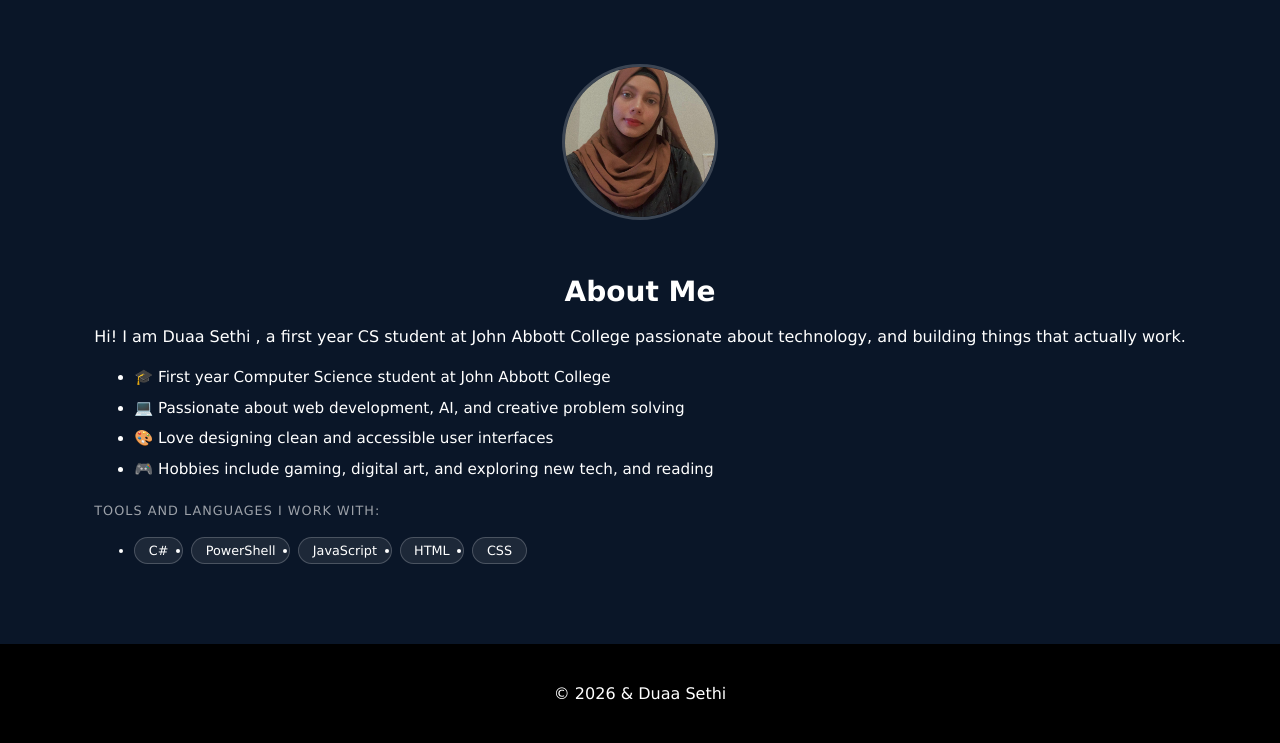
Repository: Duaa-Sethi/Duaa-Sethi
Page: index.html
These files come from the project's save history. The page is drawn as it stood at one moment and after the next save; the edit follows.
The browser window is 1280 px wide. The pictures show the part of the page from y = 867 to 1610 px (the page is 1610 px tall).
Some web fonts or font styles are not loaded; a fallback is used.

Above is the page before, as saved 2026-05-02 15:01:42.

### index.html
<!doctype html>
<html lang="en">
  <head>
    <meta charset="UTF-8" />
    <meta name="viewport" content="width=device-width, initial-scale=1.0" />
    <title>Dua Portfolio</title>
    <link rel="stylesheet" href="./styles/index.css" />
    <link rel="stylesheet" href="./styles/globals.css" />
  </head>
  <body>
    <!-- NAV -->
    <nav>
      <ul>
        <li><a href="#about">About</a></li>
        <li><a href="#projects">Projects</a></li>
        <li><a href="#contact">Contact</a></li>
      </ul>
    </nav>

    <!-- HERO -->
    <section class="hero">
      <article>
        <h1>Duaa Sethi Portfolio</h1>
        <p>Developer · Designer · Creator</p>
        <a href="#projects">View Projects</a>
      </article>
    </section>

    <!-- ABOUT -->
    <section class="about" id="about">
      <img src="./assets/images/Dua Sethi.jpeg" alt="Photo of Duaa Sethi" />
      <div class="about-text">
        <h2>About Me</h2>
        <p>
          Hi! I am Duaa Sethi , a first year CS student at John Abbott College
          passionate about technology, and building things that actually work.
        </p>

        <ul class="about-list">
          <li>🎓 First year Computer Science student at John Abbott College</li>
          <li>
            💻 Passionate about web development, AI, and creative problem
            solving
          </li>
          <li>🎨 Love designing clean and accessible user interfaces</li>
          <li>
            🎮 Hobbies include gaming, digital art, and exploring new tech, and
            reading
          </li>
        </ul>

        <p class="tools-label">Tools and languages I work with:</p>
        <ul class="tools-list">
          <li>C#</li>
          <li>PowerShell</li>
          <li>JavaScript</li>
          <li>HTML</li>
          <li>CSS</li>
        </ul>
      </div>
    </section>

    <footer>
      <p>© 2026 & Duaa Sethi</p>
    </footer>
  </body>
</html>

### styles/index.css
body {
  background-color: #0a1628;
}

/* NAV */
nav {
  position: sticky;
  top: 0;
  background-color: black;
  padding: 0 1.5rem;
}

nav ul {
  display: flex;
  justify-content: flex-end;
  gap: 1.5rem;
  padding: 1rem 0;
}

nav ul li a {
  font-size: 0.9rem;
}

.hero {
  display: flex;
  align-items: center;
  justify-content: center;
  text-align: center;
  min-height: 100vh;
  padding: 2rem 1.5rem;

  /* dont memorize, copy paste background defs */
  background-image: url(../assets/images/starry\ sky\ animated\ gif\ -\ Google\ Search.gif);
  background-size: cover;
  background-position: center;
  background-repeat: no-repeat;
}

.hero h1 {
  font-size: 2rem;
  margin-bottom: 0.75rem;
}

.hero p {
  font-size: 1rem;
  opacity: 0.75;
  margin: 0 0 1.5rem 0;
}

.hero a {
  border: 2px solid white;
  padding: 0.5rem 1.25rem;
  border-radius: 20px;
  font-size: 0.9rem;
}

.hero a:hover {
  background-color: white;
  color: #0a1628;
  text-decoration: none;
}

/* ABOUT */
.about {
  display: flex;
  flex-direction: column;
  align-items: center;
  gap: 2rem;
  padding: 4rem 1.5rem;
  text-align: center;
}

.about img {
  width: 150px;
  height: 150px;
  border-radius: 50%;
  object-fit: cover;
  border: 3px solid rgba(255, 255, 255, 0.2);
}

.about h2 {
  font-size: 1.75rem;
  margin-bottom: 1rem;
}

.about p {
  margin: 0 0 0.5rem 0;
  line-height: 1.6;
}

.about-list {
  display: flex;
  flex-direction: column;
  gap: 0.5rem;
  text-align: left;
  margin-bottom: 1.25rem;
}

.about-list li {
  font-size: 0.95rem;
  line-height: 1.5;
}

.tools-label {
  font-size: 0.8rem;
  opacity: 0.6;
  text-transform: uppercase;
  letter-spacing: 0.08em;
  text-align: left;
  margin-bottom: 0.5rem;
}

.tools-list {
  display: flex;
  flex-wrap: wrap;
  gap: 0.5rem;
  text-align: left;
}

.tools-list li {
  background-color: rgba(255, 255, 255, 0.08);
  border: 1px solid rgba(255, 255, 255, 0.2);
  border-radius: 20px;
  padding: 0.3rem 0.85rem;
  font-size: 0.8rem;
}
footer {
  text-align: center;
  padding: 1.5rem;
  background-color: black;
}

@media only screen and (min-width: 600px) {
  h1 {
    font-size: 4rem;
  }
}

@media only screen and (min-width: 992px) {
  h1 {
    font-size: 5rem;
  }
}

### styles/globals.css
/* FONT DEFS */
@font-face {
  font-family: "main font";
  src: url(../assets/fonts/NewsCycle-Regular.ttf);
}

/* CROSS PAGE STYLES */
body {
  color: white;
  margin: 0;
  font-family: "main font", Verdana, sans-serif;
}

h1 {
  font-weight: bold;
  text-transform: uppercase;
  font-size: 1.5rem;
}

a {
  text-decoration: none;
  color: white;
  font-size: 0.75rem;
}

a:hover {
  text-decoration: underline;
}

After the next save:
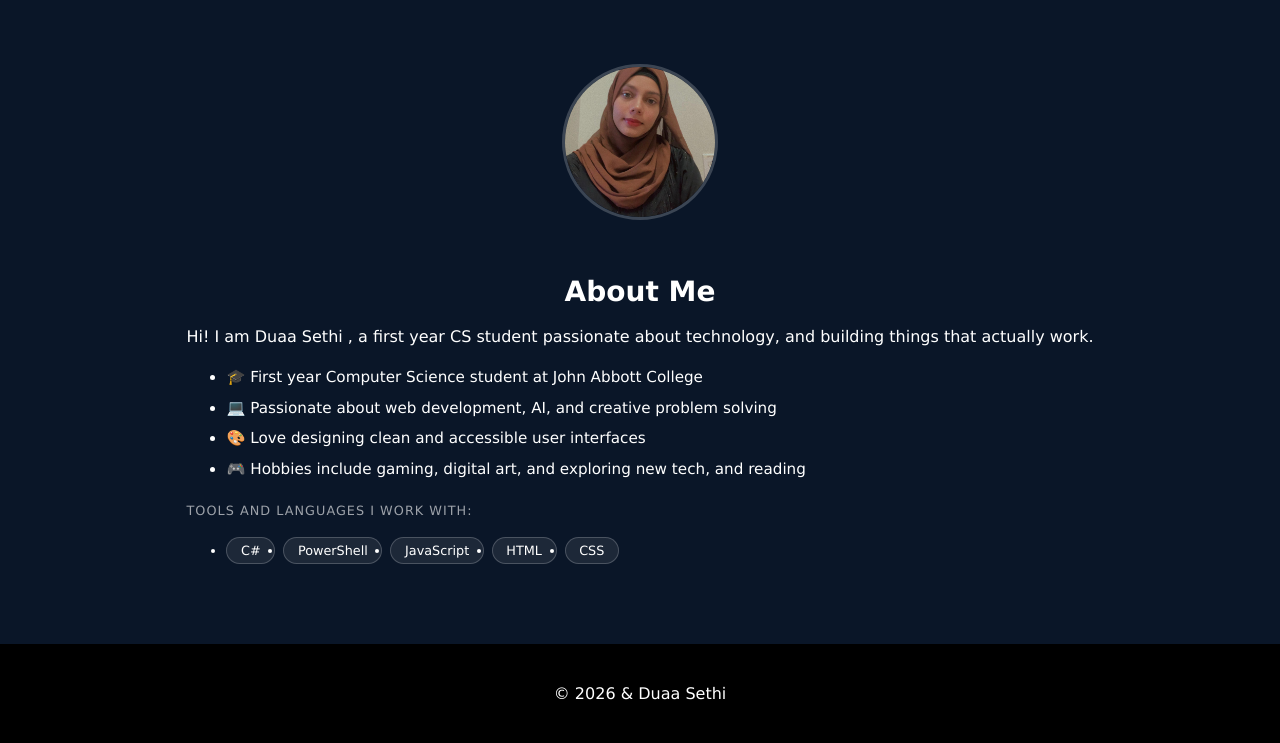
Saved 16 s later.
--- a/index.html
+++ b/index.html
@@ -32,8 +32,8 @@
       <div class="about-text">
         <h2>About Me</h2>
         <p>
-          Hi! I am Duaa Sethi , a first year CS student at John Abbott College
-          passionate about technology, and building things that actually work.
+          Hi! I am Duaa Sethi , a first year CS student passionate about
+          technology, and building things that actually work.
         </p>
 
         <ul class="about-list">
